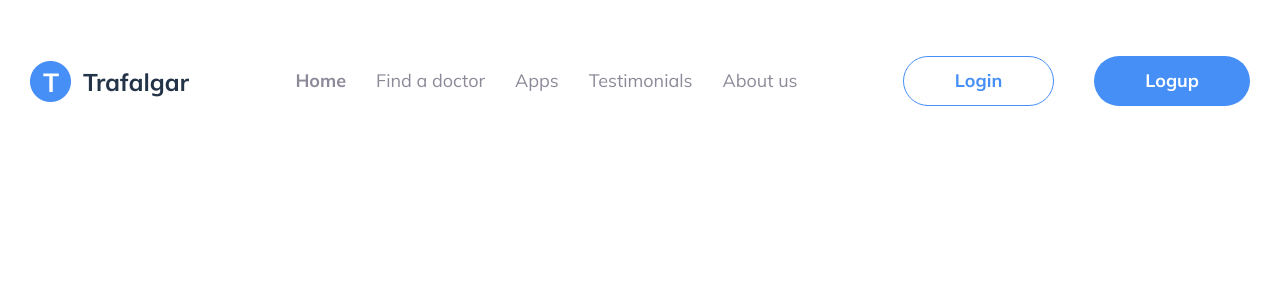
Repository: tungcutte35/Trafalgar
Page: index.html
These files come from the project's save history. The page is drawn as it stood at one moment and after the next save; the edit follows.
The browser window is 1280 px wide. The pictures show the whole page.
The style sheet was rebuilt from its Sass, Less or Tailwind sources for each picture, by a compiler version that may differ from the author's.

Above is the page before, as saved 2021-10-17 16:33:18.

After the next save:
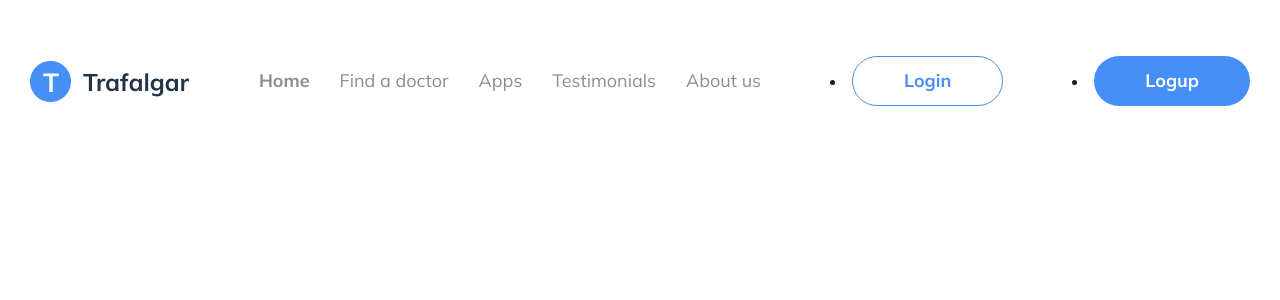
Saved 36 s later.
--- a/index.html
+++ b/index.html
@@ -34,14 +34,14 @@
             <a href="#" class="menu-link">About us</a>
           </li>
         </ul>
-        <ul class="header-log">
+
           <li class="menu-log">
             <a href="#" class="button button--outline ">Login</a>
           </li>
           <li class="menu-log">
             <a href="#" class="button button--primary ">Logup</a>
           </li>
-          </ul>
+
       </div>
     </div>
   </div>
